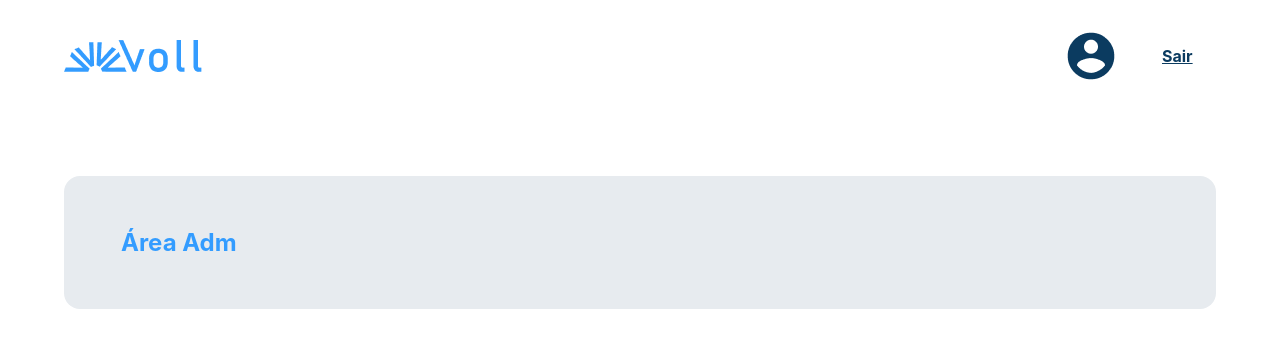
Repository: andrevff/voll-main
Page: /
These files come from the project's save history. The page is drawn as it stood at one moment and after the next save; the edit follows.
The browser window is 1280 px wide. The pictures show the whole page.
The project was rebuilt for these pictures with package versions that can differ from the ones it lists, and the page was loaded fresh each time. Also part of the build but not shown: src/App.css.

Above is the page before, as saved 2023-07-26 23:03:38.

After the next save:
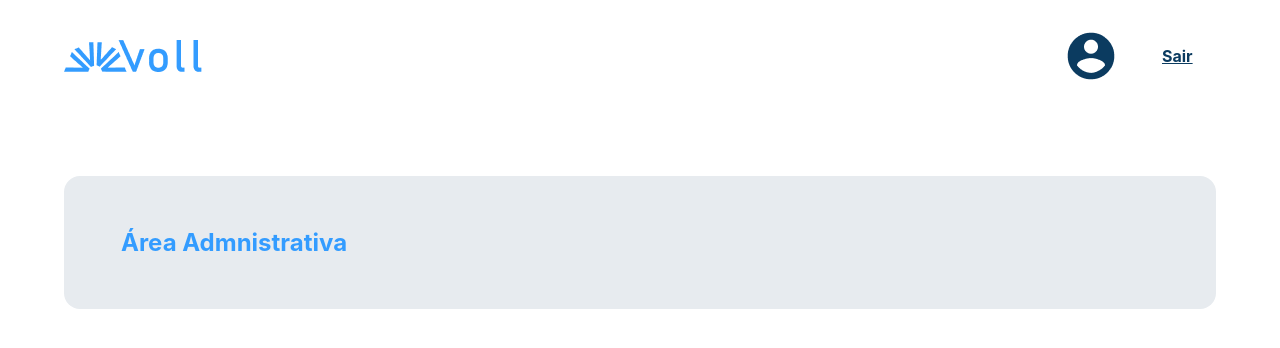
Saved 7 s later.
--- a/src/App.tsx
+++ b/src/App.tsx
@@ -8,7 +8,7 @@
     <>
       <Cabecalho />
       <Container>
-        <Titulo>Área Adm</Titulo>
+        <Titulo>Área Admnistrativa</Titulo>
       </Container>
     </>
   );
